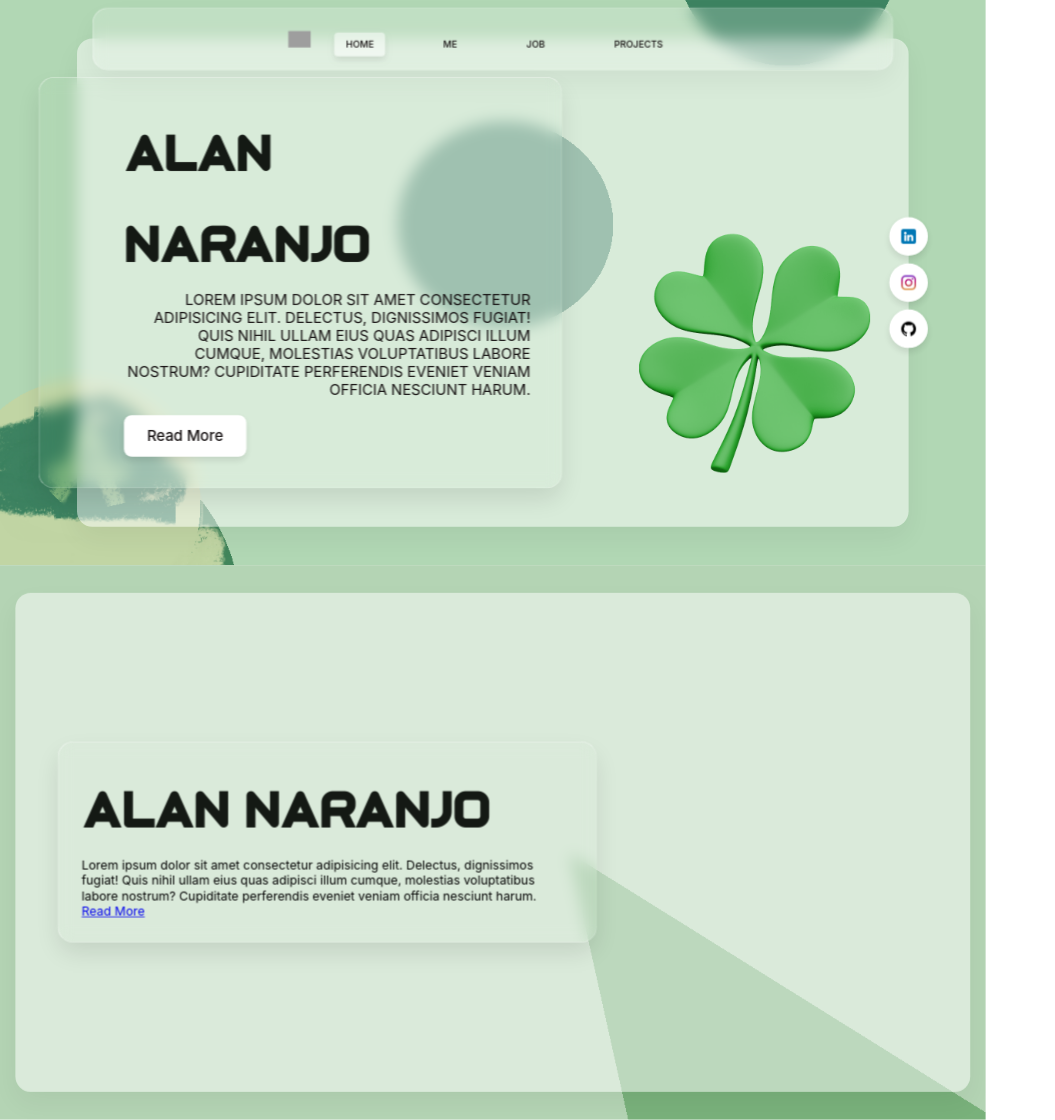
Repository: L-A-M-J-O/Me-sitio-Web
Page: / (app in my-project/)
The author's editor kept a copy of each file at every save. The page is drawn from the files as they stood at one save, then again after the next save.
The browser window is 1280 px wide. The page is 1280 px wide, then 1370 px, so the pictures cover 1370 px, including what lies to the right of the window. The pictures show the whole page, at 77% of full size.
The pointer rests on the first visible `.content-me`.
Pictures or frames that could not be fetched are drawn as grey boxes. Backgrounds fixed to the window are drawn as part of the page. The project was rebuilt for these pictures with package versions that can differ from the ones it lists, and the page was loaded fresh each time.

Above is the page before, as saved 2022-09-20 16:10:00.

After the next save:
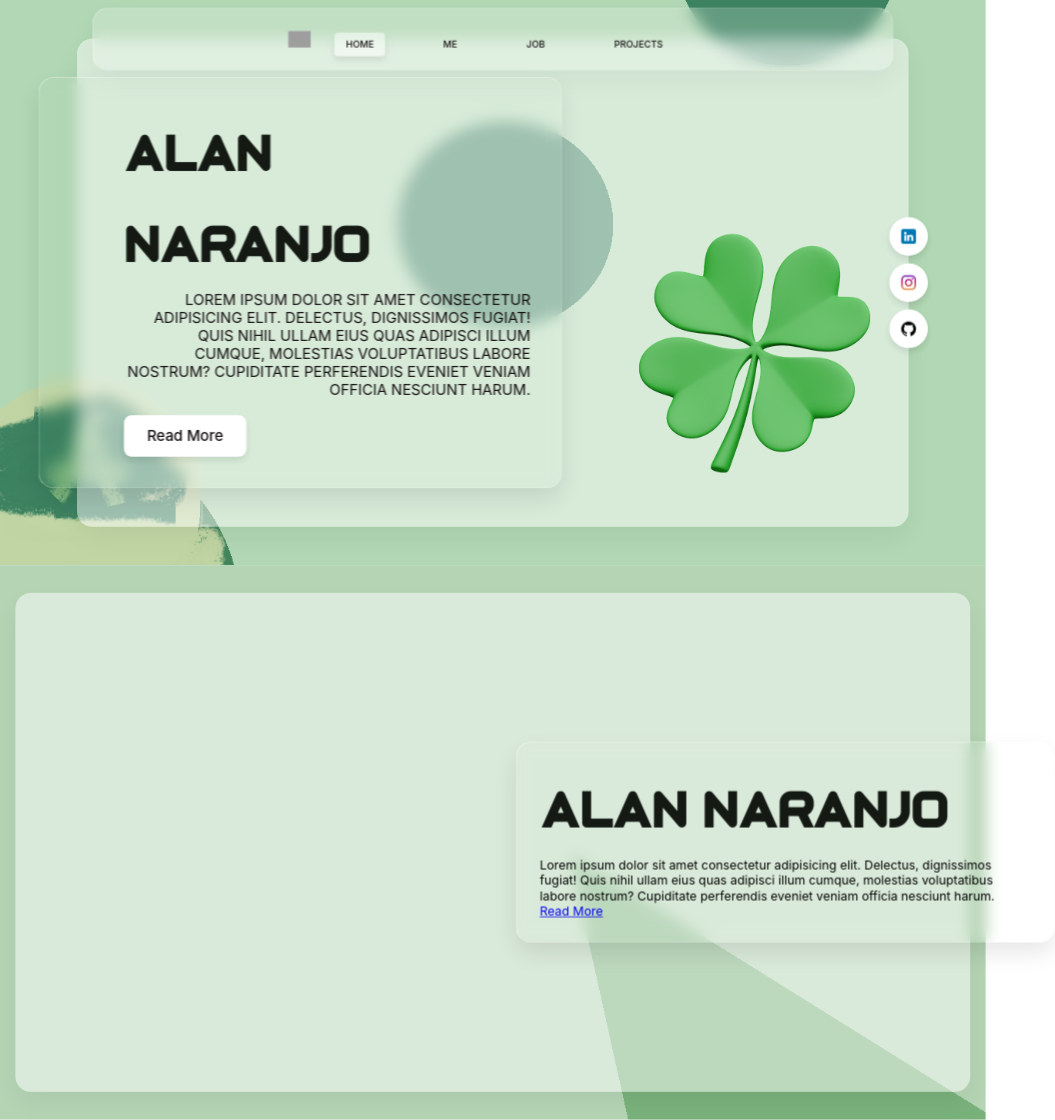
Saved 14 s later.
--- a/my-project/src/components/Me/Me.css
+++ b/my-project/src/components/Me/Me.css
@@ -35,7 +35,7 @@
     cursor: pointer;
 }
 .content-me:hover{
-    transform: translateX(5px);
+    transform: translateX(600px);
 }
 .content-me h2 {
     font-family: Osiris;
